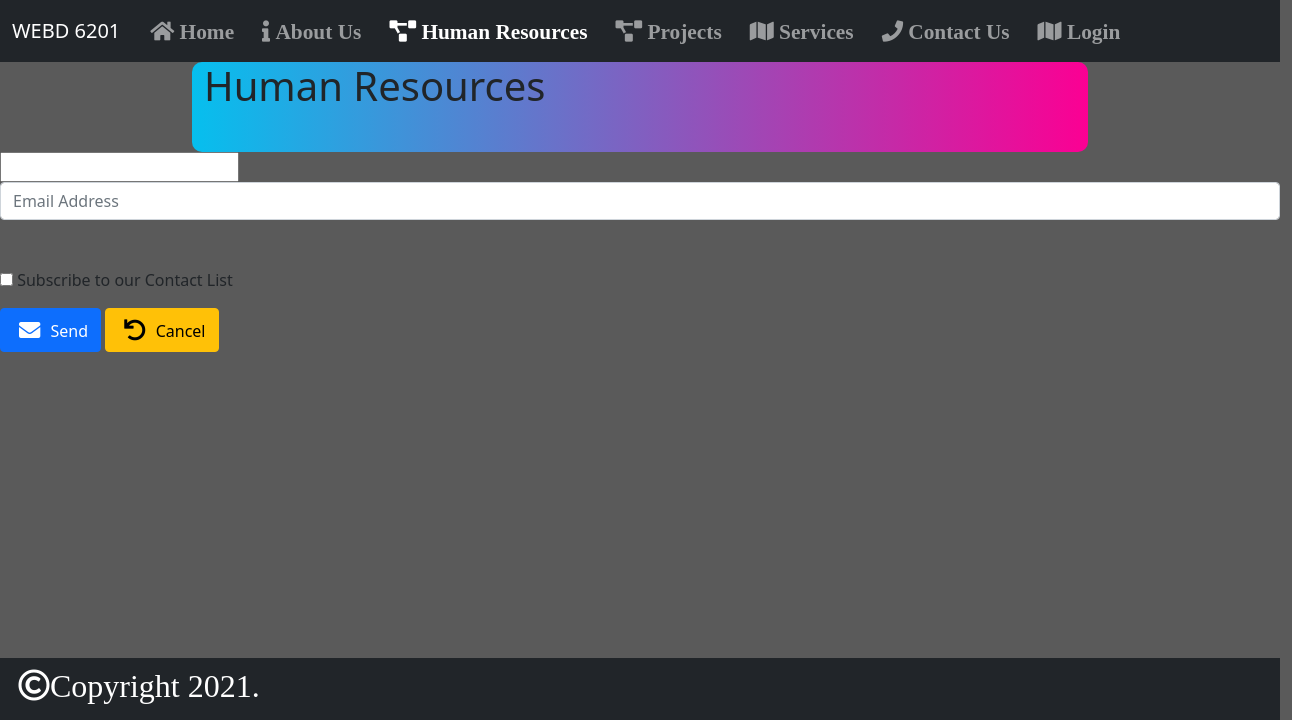
Repository: vans12345678/WEBD6201-W2021-Lab2
Page: human-resources.html
The author's editor kept a copy of each file at every save. The page is drawn from the files as they stood at one save, then again after the next save.
The browser window is 1280 px wide. The page is 1280 px wide, then 1292 px, so the pictures cover 1292 px, including what lies to the right of the window. The pictures show the whole page.

Above is the page before, as saved 2021-03-06 18:56:13.

### human-resources.html
<!--human-resources.html
Name: Andre Agrippa, Michai Pryce
Date: 02/05/2021
-->
<!DOCTYPE html>
<html lang="en">
<head>
    <meta charset="UTF-8">
    <meta name="viewport" content="width=device-width, initial-scale=1.0">
    <title>Human Resources</title>

    <!-- CSS Section -->
    <link rel="stylesheet" href="./node_modules/bootstrap/dist/css/bootstrap.min.css">
    <link rel="stylesheet" href="./node_modules/@fortawesome/fontawesome-free/css/all.min.css">
    <link rel="stylesheet" href="./Content/app.css">
</head>
<body>
  <!-- Main Header -->
    <header>
      <!-- Main Navigation -->
        <nav class="navbar navbar-expand-lg navbar-dark bg-dark">
            <div class="container-fluid">
              <a id ="navHome" class="navbar-brand" href="index.html"></a>
              <button class="navbar-toggler" type="button" data-bs-toggle="collapse" data-bs-target="#navbarSupportedContent" aria-controls="navbarSupportedContent" aria-expanded="false" aria-label="Toggle navigation">
                <span class="navbar-toggler-icon"></span>
              </button>
              <div class="collapse navbar-collapse" id="navbarSupportedContent">
                <ul id = "ulNav" class="navbar-nav me-auto mb-2 mb-lg-0">
                  <li class="nav-item">
                    <a  class="nav-link" aria-current="page" href="index.html"><i id ="navIndex"class = "fas fa-home fa-lg"></i></a>
                  </li>
                  <li class="nav-item" id ="navAbout">
                    <a  class="nav-link " aria-current="page" href="about.html"><i id ="navAboutItem"class = "fas fa-info fa-lg"></i></a>
                  </li>
                  <li class="nav-item">
                    <a  class="nav-link" aria-current="page" href="projects.html"><i id ="navProjects" class ="fas fa-project-diagram fa-lg">Products</i></a>
                  </li>
                  <li class="nav-item">
                    <a  class="nav-link" aria-current="page" href="services.html"><i id ="navServices"class = "fas fa-map fa-lg"></i></a>
                  </li>
                  <li class="nav-item">
                    <a  class="nav-link " aria-current="page" href="contact.html"><i id ="navContact"class = "fas fa-phone fa-lg"></i></a>
                  </li>
                  <li class="nav-item" id="liLogin">
                    <a  class="nav-link " aria-current="page" href="login.html"><i  id ="navLogin" class = "fas fa-map fa-lg"></i></a>
                  </li>
                </ul>
              </div>
            </div>
          </nav>
    </header>
  <!-- Main Contents -->
    <main>
        <h1 class = "container">Human Resources</h1>
        <form >


            <input id="fullName" type="text"
             required>
             <input id="emailAddress" type="email" class="form-control" placeholder="Email Address" aria-label="Email Address" aria-describedby="Email Address Input"
                              name="emailAddress" required/>




        <div class = " mt-5 mb-3">
          <!-- <span class="input-group-text" id="inputGroup-sizing-default">Subscribe</span> -->
          <input id="subscribeCheckBox" name="subscribeCheckBox"class="" type="checkbox" value="">
          <label class="form-check-label" for="flexCheckChecked"> Subscribe to our Contact List</label>
        </div>

          <button id="sendButton" type="submit" class="btn btn-primary"><i class="fas fa-envelope fa-lg"></i> Send</button>
          <button id="cancelButton" type="reset" class="btn btn-warning"><i class="fas fa-undo fa-lg"></i> Cancel</button>
        </form>
    </main>
    <!-- Main Footer -->
    <footer>
      <nav class="navbar fixed-bottom navbar-dark bg-dark">
          <div class="container-fluid">
              <h4><i id = "footer"class="far fa-copyright fa-lg site-footer"></i></h4>
          </div>
        </nav>
  </footer>
    <!-- Script Section -->
    <script src="./node_modules/jquery/dist/jquery.min.js"></script>
    <script src="./node_modules/bootstrap/dist/js/bootstrap.bundle.min.js"></script>
    <script src="./Scripts/namespace.js"></script>
    <script src="./Scripts/user.js"></script>
    <script src="./Scripts/app.js"></script>
</body>
</html>

### Content/app.css
/* custom css goes here */
.Vapor {
    background-image: url('../images/vapor.jpg');
    background-repeat: no-repeat;
    background-attachment: fixed;
    background-size: 100% 100%;
  }
  a {
    color: greenyellow;
  }
  .textFont
  {
    font-family: Arial, Helvetica, sans-serif;
    line-height: 32px;
  }
  body
  {
    background-color: rgb(90, 90, 90);
  }
  h1.container{
    border-radius: 10px;
    width: 70%;
    height: 90px;
    margin: 0px auto;
    background: linear-gradient(90deg,#06bfee,#fb0093)
  }
  h1.projects{
    background-color: white;
  }
  .contact-table{
    width: 100%;
    margin:  50px auto;
    background-color: white;
  }
  .contact-form
  {
    width: 100%;
    margin:  100px auto;
  }
  .warnMessage
  {
    width: 90%;
    margin:  50px;
  }
  .site-footer {
    color:white;
  }
  .formMargin
  {
    margin: 35px 70px;
  }
  .inputMargin
  {
    margin: 5px 10px;
  }
  .formBackground
  {
    background-color: rgba(20, 174, 235, 0.822);
    border: 5px solid rgb(0, 238, 255);

  }
  i{
    margin:7px 6px;
  }

### Scripts/namespace.js
//Namespace core
let core;

### Scripts/user.js
"use strict";
// User Class

((core)=>
{
  class User {
    // getters and setters
    get DisplayName()
    {
      return this.m_displayName;
    }

    set DisplayName(value)
    {
      this.m_displayName = value;
    }

    get EmailAddress()
    {
      return this.m_emailAddress;
    }

    set EmailAddress(value)
    {
      this.m_emailAddress = value;
    }

    get Username()
    {
      return this.m_username;
    }

    set Username(value)
    {
      this.m_username = value;
    }
    get Password()
    {
      return this.m_password;
    }

    set Password(value)
    {
      this.m_password = value;
    }

    // constructor
    /**
     * Creates an instance of user
     * @param {string} displayName
     * @param {string} emailAddress
     * @param {string} username
     * @param {string} password
     */
    constructor(displayName = "", emailAddress = "", username = "", password = "")
    {
      this.DisplayName = displayName;
      this.EmailAddress = emailAddress;
      this.Username = username;
      this.Password = password;

    }

    // methods

    /**
     * This method overrides the built-in toString method for the User class
     *
     * @returns {string}
     */
    toString()
    {
      return `Display Name     : ${this.DisplayName}\nEmail Address : ${this.EmailAddress}\nUser Name : ${this.Username}`;
    }

    /**
     * This method returns a JSON object made up of the properties of the User class
     *
     * @returns {Object}
     */
    toJSON()
    {
      return {
        "DisplayName": this.DisplayName,
        "EmailAddress": this.EmailAddress,
        "Username":this.Username
      }
    }

    /**
     * This method takes a JSON data object and assigns the value to the User class properties
     *
     * @param {Object} data
     */
    fromJSON(data)
    {
      this.DisplayName = data.DisplayName;
      this.EmailAddress = data.EmailAddress;
      this.Username = data.Username;
      this.Password = data.Password;
    }

    /**
     * This method converts the User into a comma-separated value string
     *
     * @returns {string}
     */
    serialize()
    {
      if(this.DisplayName !== "" && this.EmailAddress !== "" && this.Username !== "")
      {
        return `${this.DisplayName},${this.EmailAddress},${this.Username}`;
      }
      else
      {
        console.error("One or more properties of the User is empty");
        return null;
      }
    }

    /**
     * This method takes a comma-separated data string and assigns the values to the User class properties
     *
     * @param {string} data
     * @return {void}
     */
    deserialize(data)
    {
      let propertyArray = data.split(",");
      this.DisplayName = propertyArray[0];
      this.EmailAddress = propertyArray[1];
      this.Username = propertyArray[2];
    }
  }

  core.User = User;

})(core || (core={}));

Loaded but not shown: node_modules/bootstrap/dist/css/bootstrap.min.css (library); node_modules/@fortawesome/fontawesome-free/css/all.min.css (library); node_modules/jquery/dist/jquery.min.js (library); node_modules/bootstrap/dist/js/bootstrap.bundle.min.js (library); Scripts/app.js (639 lines, source omitted)

After the next save:
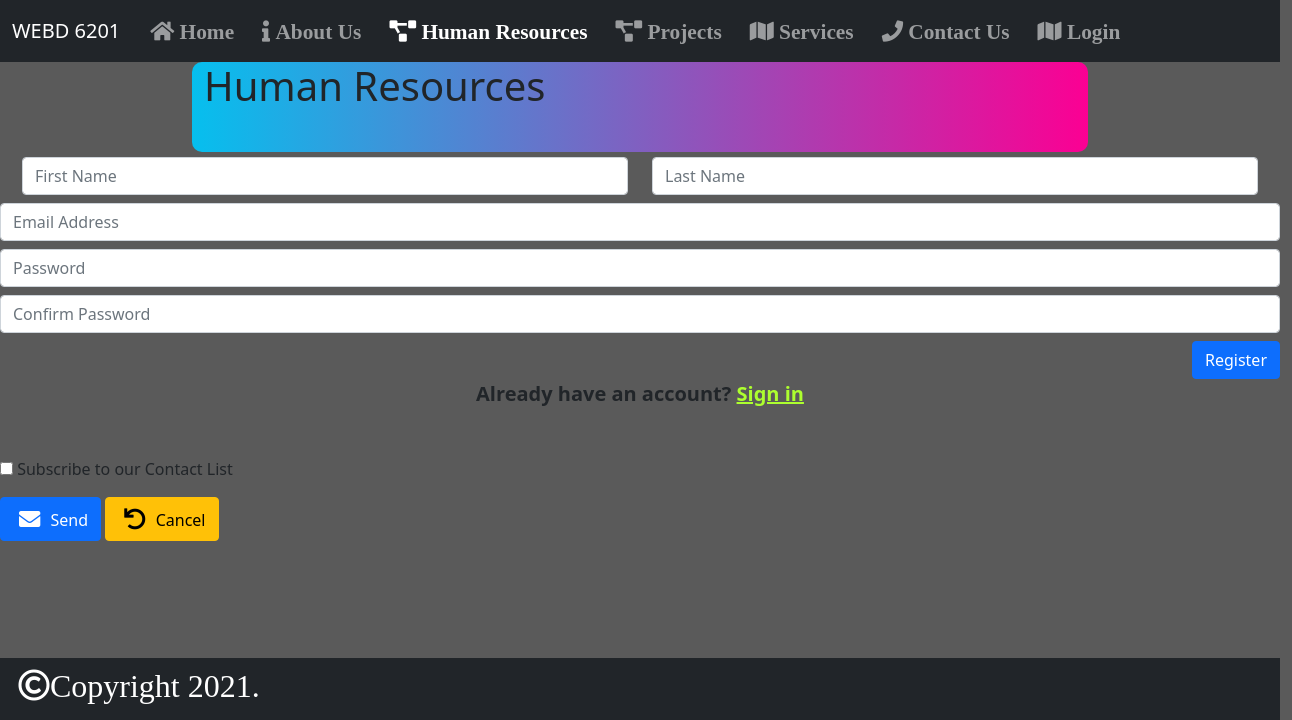
Saved 73 s later.
--- a/human-resources.html
+++ b/human-resources.html
@@ -52,13 +52,51 @@ Date: 02/05/2021
   <!-- Main Contents -->
     <main>
         <h1 class = "container">Human Resources</h1>
-        <form >
+        <form>
+          <div class="mb-2">
+            <div class="row inputMargin">
+              <div class="col-md-6">
+                <input class="form-control" type="text" id="firstName" placeholder="First Name" name="firstName" required/>
+              </div>
+              <div class="col-md-6">
+                <input class="form-control" type="text" name="lastName" id="lastName" placeholder="Last Name" required/>
+              </div>
+            </div>
+          </div>
+          <div class="form-group mb-2">
+            <div class="row">
+              <div class="col-md-12">
+                <input id="emailAddress" type="email" class="form-control" placeholder="Email Address" aria-label="Email Address" aria-describedby="Email Address Input"
+                name="emailAddress" required/>
+              </div>
+            </div>
+          </div>
+          <div class="form-group mb-2">
+            <div class="row">
+              <div class="col-md-12">
+                <input type="password" class="form-control" id="password" name="password"
+                value="" placeholder="Password"required/>
+              </div>
+            </div>
+          </div>
+          <div class="form-group mb-2">
+            <div class="row">
+              <div class="col-md-12">
+                <input type="password" class="form-control" id="confirmPassword" name="confirmPassword"
+                value="" placeholder="Confirm Password" required/>
+              </div>
+            </div>
+          </div>
+          <div class="text-end">
+            <button id="registerButton" type="button" class="btn btn-primary btn-md buttonMargin">Register</button>
+          </div>
+          <p class="text-center fs-5 fw-bold">
+          Already have an account?
+          <a href="login.html">Sign in</a>
+          </p>
 
 
-            <input id="fullName" type="text"
-             required>
-             <input id="emailAddress" type="email" class="form-control" placeholder="Email Address" aria-label="Email Address" aria-describedby="Email Address Input"
-                              name="emailAddress" required/>
+
 
 
 
